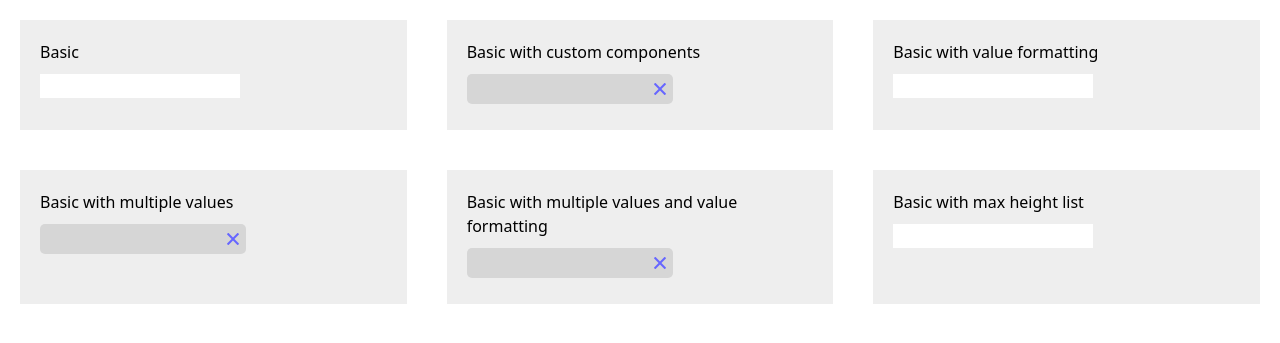
Repository: Frexity/frx-react
Page: / (app in ui/react-select/)
An editor plug-in stored every save of this project. The page is shown before and after the next save, followed by the edit.
The browser window is 1280 px wide. The pictures show the whole page.
Some web libraries are served in a nearby version. The project was rebuilt for these pictures with package versions that can differ from the ones it lists, and the page was loaded fresh each time. Also part of the build but not shown: ui/react-select/vite.config.ts, ui/react-select/src/CustomSelectComponents/ListLoadingIndicator.tsx, ui/react-select/src/dummy-components/ControlLoadingIndicator.tsx, ui/react-select/src/dummy-components/ListLoadingIndicator.tsx.

Above is the page before, as saved 2022-08-21 01:27:07.

After the next save:
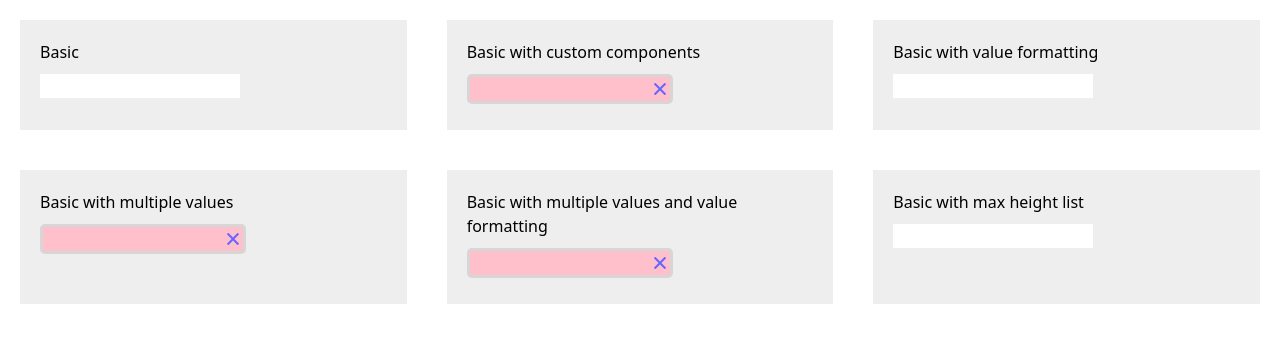
Saved 10 s later.
--- a/ui/react-select/src/CustomSelectComponents/ValueContainer.tsx
+++ b/ui/react-select/src/CustomSelectComponents/ValueContainer.tsx
@@ -2,5 +2,5 @@ import { memo } from 'react'
 import { ValueContainerComponentProps } from '../Select/types'
 
 export const ValueContainer = memo(({ children }: ValueContainerComponentProps) => {
-  return <div style={{ width: 200, backgroundColor: '#pink', minHeight: 24, padding: '5px 10px' }}>{children}</div>
+  return <div style={{ width: 200, backgroundColor: 'pink', minHeight: 24, padding: '5px 10px' }}>{children}</div>
 })
